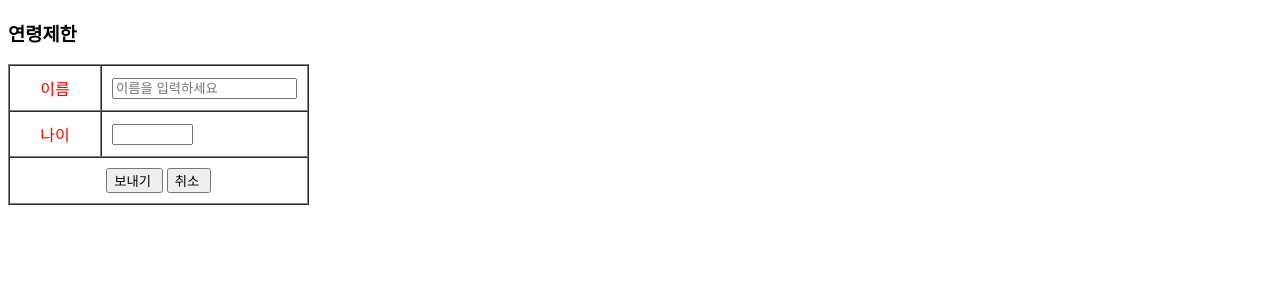
Repository: jihyunah/Java_EE
Page: workspace/testServlet/src/main/webapp/param.html
The author's editor kept a copy of each file at every save. The page is drawn from the files as they stood at one save, then again after the next save.
The browser window is 1280 px wide. The pictures show the whole page.

Above is the page before, as saved 2023-02-22 06:33:01.

After the next save:
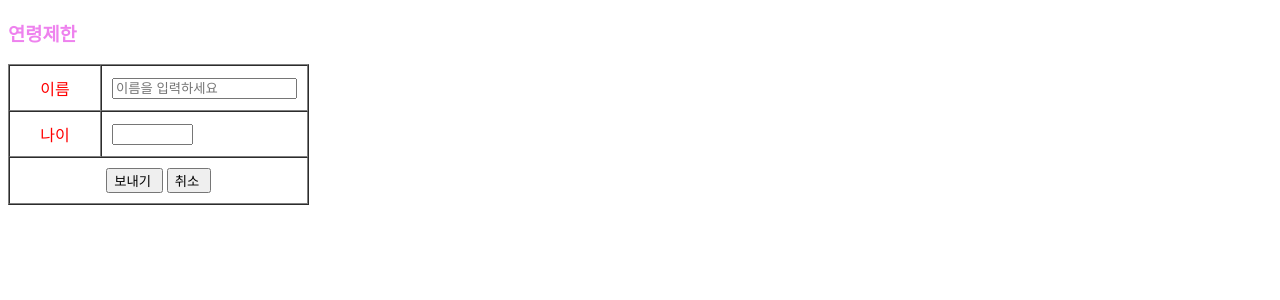
Saved 29 s later.
--- a/workspace/testServlet/src/main/webapp/param.html
+++ b/workspace/testServlet/src/main/webapp/param.html
@@ -6,6 +6,10 @@
 <style type="text/css">
 td {
 	color: red;
+}
+
+h3 {
+	color: violet;
 }
 
 </style>
